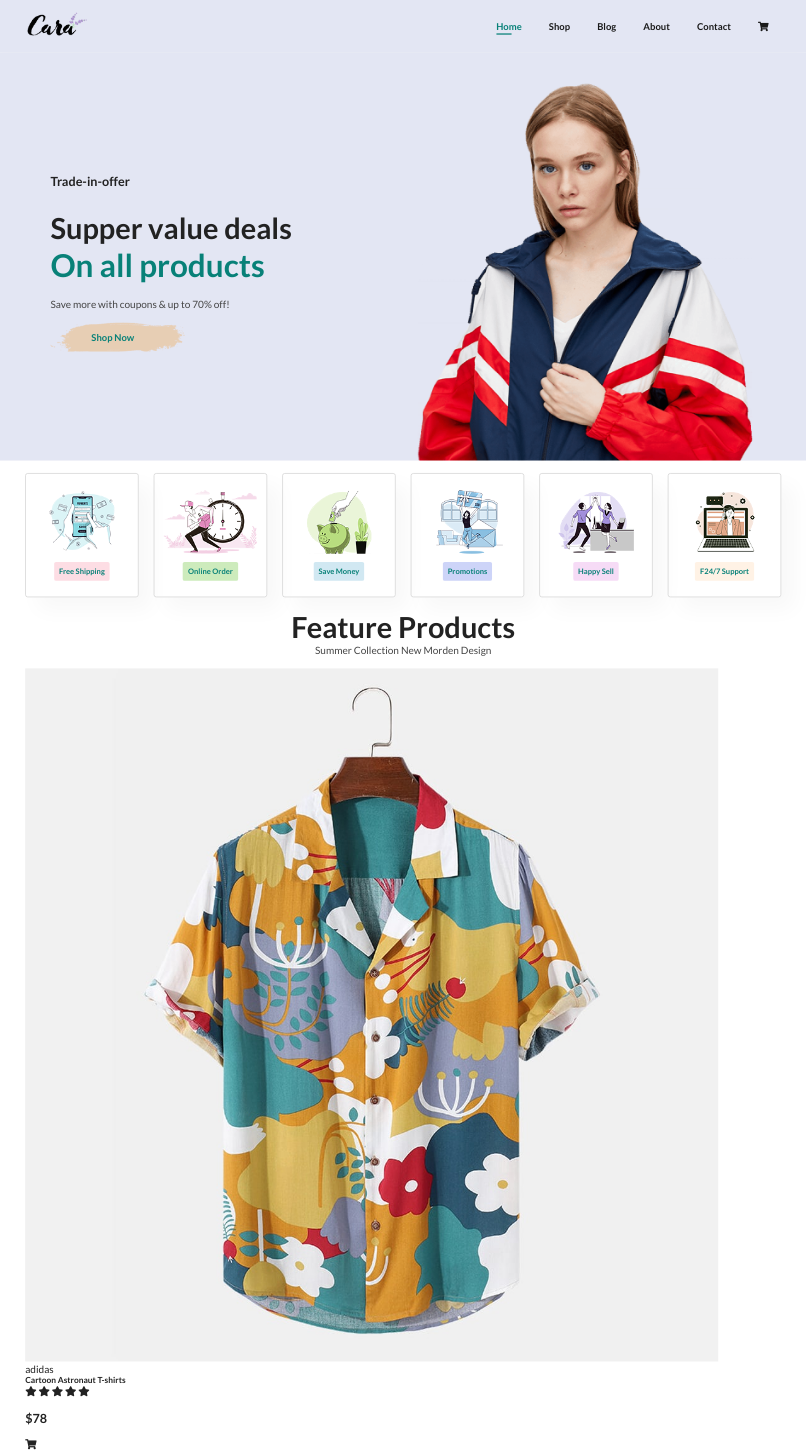
Repository: Nguyenductuan-dev/Website-Clothes
Page: index.html
These files come from the project's save history. The page is drawn as it stood at one moment and after the next save; the edit follows.
The browser window is 1280 px wide. The pictures show the whole page, at 63% of full size.

Above is the page before, as saved 2022-04-26 00:46:26.

After the next save:
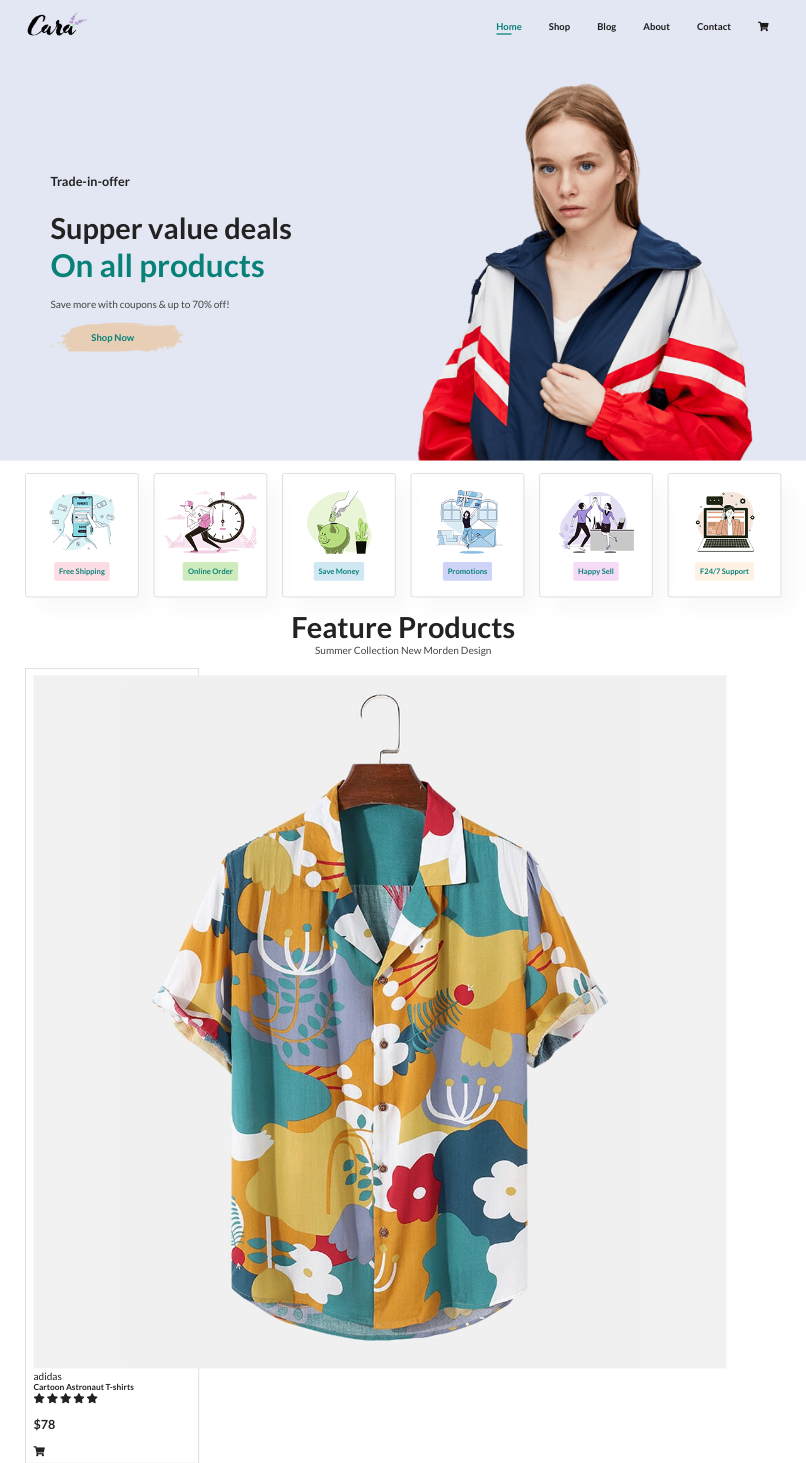
Saved 107 s later.
--- a/assets/css/style.css
+++ b/assets/css/style.css
@@ -188,3 +188,9 @@ body {
 .product1__list {
     margin-top: 20px;
 }
+.product1__item {
+    width: 23%;
+    min-width: 250px;
+    padding: 10px 12px;
+    border: 1px solid #ccc;
+}
